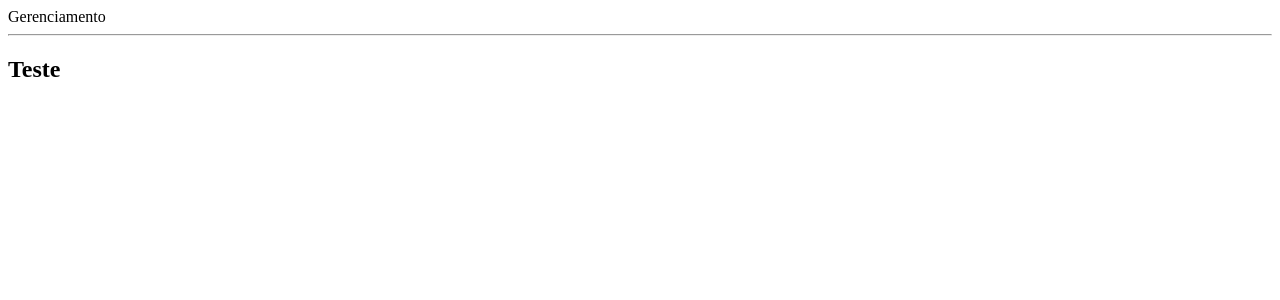
Repository: leobritto-sudo/pokemon-center
Page: http://localhost/App/Views/dashboard/manager.phtml
These files come from the project's save history. The page is drawn as it stood at one moment and after the next save; the edit follows.
The browser window is 1280 px wide. The pictures show the whole page.
The page is run by PHP 8.4 with error messages shown; the project is at /var/www/html/.

Above is the page before, as saved 2022-11-15 15:03:33.

### App/Views/dashboard/manager.phtml
<div class="row d-flex justify-content-center">
    <aside class="col-2 side-menu">
        <div class="px-1 py-4 text-center">
            <i class="fas fa-cogs"></i> Gerenciamento
        </div>

        <hr class="bg-secondary mx-auto w-75">

    </aside>
    <div class="col-10">
        <h2>Teste</h2>
    </div>
</div>

After the next save:
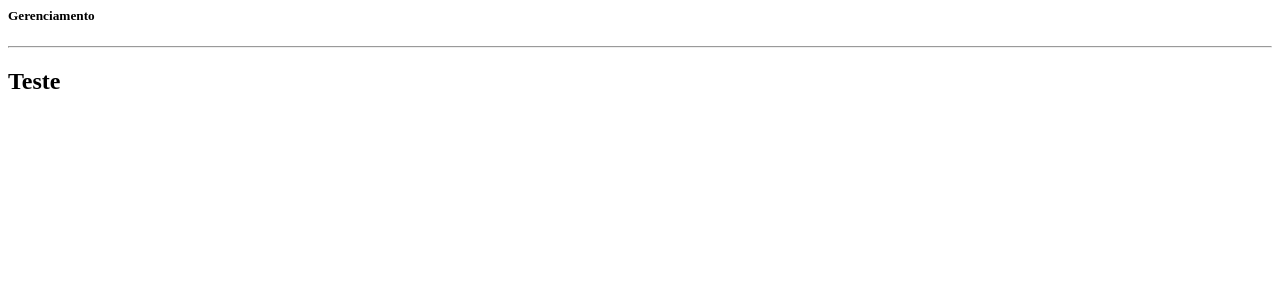
Saved 15 s later.
--- a/App/Views/dashboard/manager.phtml
+++ b/App/Views/dashboard/manager.phtml
@@ -1,7 +1,7 @@
 <div class="row d-flex justify-content-center">
     <aside class="col-2 side-menu">
         <div class="px-1 py-4 text-center">
-            <i class="fas fa-cogs"></i> Gerenciamento
+            <h5><i class="fas fa-cogs fa-lg"></i> Gerenciamento</h5>
         </div>
 
         <hr class="bg-secondary mx-auto w-75">
